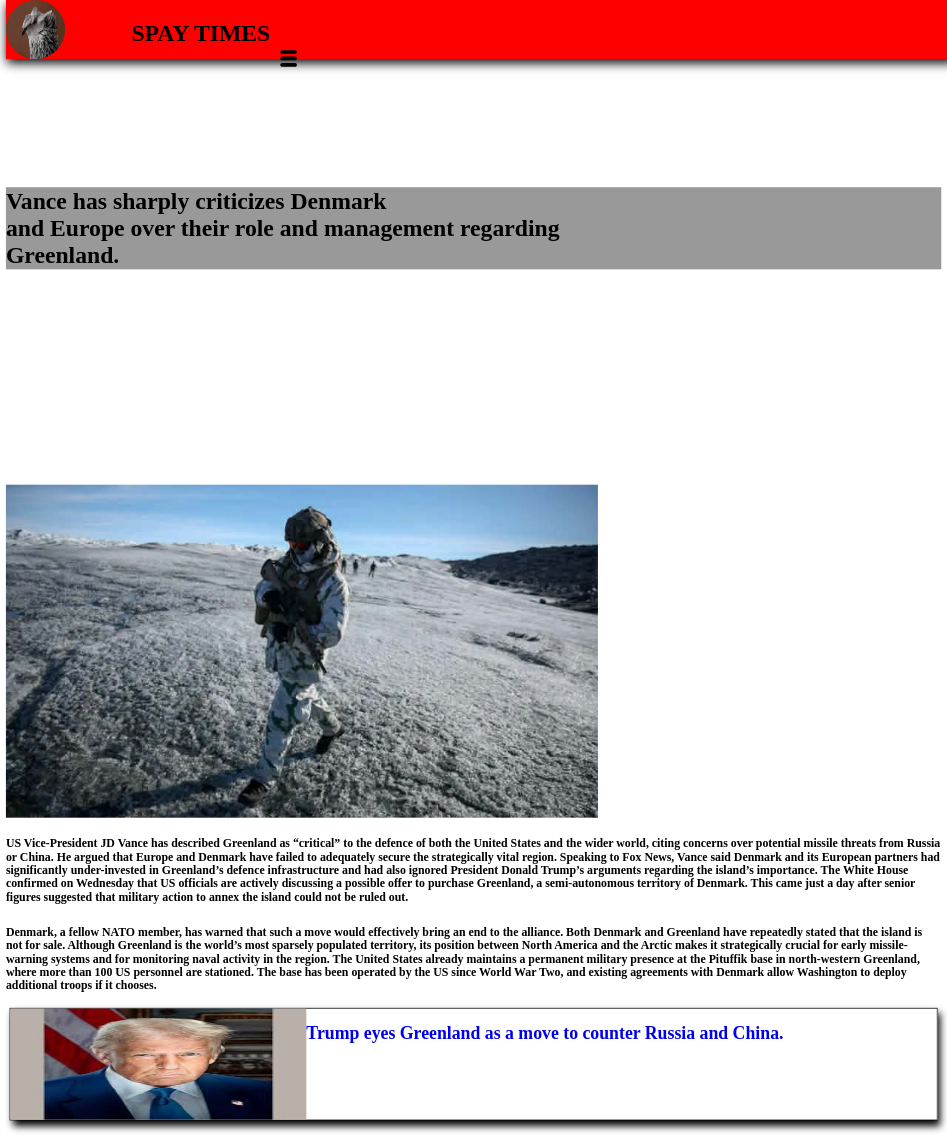
Repository: ridhukhan/spytimes
Page: /
The author's editor kept a copy of each file at every save. The page is drawn from the files as they stood at one save, then again after the next save.
The browser window is 1280 px wide. The pictures show the whole page, at 74% of full size.
The project was rebuilt for these pictures with package versions that can differ from the ones it lists, and the page was loaded fresh each time. Also part of the build but not shown: vite.config.js, src/components/policy/PrivecyPolicy.jsx, src/components/policy/Terms.jsx, src/components/trending/TrendingDetails.jsx, src/pages/heath/Dieabeties.jsx, src/pages/heath/Health.jsx, src/pages/heath/Allergy.jsx, src/pages/heath/WeightLose.jsx.

Above is the page before, as saved 2026-01-12 16:50:06.

### index.html
<!doctype html>
<html lang="en">
  <head>
    <meta charset="UTF-8" />
    <link rel="icon" type="image/svg+xml" href="/vite.svg" />
    <meta name="6a97888e-site-verification" content="945cf2ffcb6885b11db89e632c2e0750">

    <meta name="viewport" content="width=device-width, initial-scale=1.0" />
    <title>spytimes</title>
  </head>
  <body>

    <div id="root"></div>




  </body>
 </html>

### src/main.jsx
import { StrictMode } from 'react'
import {BrowserRouter} from "react-router-dom"

import { createRoot } from 'react-dom/client'
import './index.css'
import App from './App.jsx'
createRoot(document.getElementById('root')).render(

    <BrowserRouter>
    <App />
    </BrowserRouter>
 ,
)

### src/index.css
@media screen and (max-width:414px){
  *{
    width: 100%;
    padding:0;
margin: 0;
  }

  body{
width: 100%;
background-color: white;
color: black;
  }
}

### src/App.jsx
import { Route, Routes } from "react-router-dom"
import Navbar from "./nav/Navbar"
import Home from "./pages/home/Home"
import PrivecyPolicy from "./components/policy/PrivecyPolicy"
import Terms from "./components/policy/Terms"
import TrendingDetails from "./components/trending/TrendingDetails"
import Dieabeties from "./pages/heath/Dieabeties"
import Health from "./pages/heath/Health"
import Allergy from "./pages/heath/Allergy"
import WeightLose from "./pages/heath/WeightLose"
import PopupAd from "./ads/PopupAd"



function App() {

  return (
    <div>
      <PopupAd/>
   <Navbar/>
   <Routes>
    <Route path="/" element={<Home/>}/>
    <Route  path="/privecypolicy" element={<PrivecyPolicy/>}/>
    <Route  path="/Terms" element={<Terms/>}/>
    <Route  path="/Trendingdetails" element={<TrendingDetails/>}/>
    <Route path="/blood-sugar-natural-tips" element={<Dieabeties/>}/>
<Route path="/health" element={<Health/>}/>
<Route path="/allergy" element={<Allergy/>}/>
<Route path="/weightlose" element={<WeightLose/>}/>


   </Routes>
    </div>
  )
}

export default App

### src/nav/Navbar.jsx
import React from 'react'
import "./Navbar.css"
import { ImCross } from "react-icons/im";
import { TiThMenu } from "react-icons/ti";
import logo from "../assets/download.jpeg"
import { useState } from 'react';
import { Link} from 'react-router-dom';
const Navbar = () => {
    const [openmenu,setOpenmenu]=useState(false)
  return (
    <div style={{position:"fixed",backgroundColor:"red",display:"flex",
    width:"100%", height:"80px", top:"0", zIndex:"1000", boxShadow:"2px 5px 14px black"}}>
<img src={logo} alt="logo" style={{width:"80px", height:"80px", borderRadius:"100%"}}/>
<h1 style={{marginTop:"2%", marginLeft:"7%",}}>SPAY TIMES</h1>
<TiThMenu  onClick={()=>setOpenmenu(!openmenu)}  style={{width:"50px",height:"30px", marginTop:"5%", }}/>

   {openmenu? <div style={{display:"grid",position:"absolute",width:"90%",background:"black", height:"600px", zIndex:"999", marginTop:"10%", borderRadius:"19px", right:"0"}}>
<ImCross onClick={()=>setOpenmenu(null)} style={{ color:"red", left:"0", justifyContent:"flex-start", width:"50px", height:"30px"}}/>

  <ul>


    <Link to={"/"}><li>Home</li></Link>
    <li>USA</li>
    <li>UK</li>
    <li>ASIA</li>
    <Link to={"/health"}><li onClick={()=>setOpenmenu(null)}>Health</li></Link>
   <Link to={"/privecypolicy"}><li style={{color:"blue"}}>Privecy Policy</li></Link>
<Link to={"/Terms"}><li style={{color:"blue"}}>Terms &  condition</li></Link>

  </ul>










   </div>: null}
    </div>
  )
}


export default Navbar

### src/pages/home/Home.jsx
import React from 'react'
import home1 from "../../assets/home1.jpeg"
import Trending from '../../components/trending/Trending'
import TopAd from '../../ads/TopAd'
import MidAd from '../../ads/MidAd'
import BottomAd from '../../ads/BottomAd'
const Home = () => {
  return (
    <div style={{marginTop:"20%"}}>


        <h1 style={{backgroundColor:"#999"}}>Vance has sharply criticizes Denmark <br /> and Europe over their role and management regarding <br /> Greenland.</h1>
<TopAd/>
        <img src={home1} alt="home1" />

       <h4>
        US Vice-President JD Vance has described Greenland as “critical” to the defence of both the United States and the wider world, citing concerns over potential missile threats from Russia or China. He argued that Europe and Denmark have failed to adequately secure the strategically vital region.

Speaking to Fox News, Vance said Denmark and its European partners had significantly under-invested in Greenland’s defence infrastructure and had also ignored President Donald Trump’s arguments regarding the island’s importance.

The White House confirmed on Wednesday that US officials are actively discussing a possible offer to purchase Greenland, a semi-autonomous territory of Denmark. This came just a day after senior figures suggested that military action to annex the island could not be ruled out.
</h4><MidAd/><h4>
Denmark, a fellow NATO member, has warned that such a move would effectively bring an end to the alliance. Both Denmark and Greenland have repeatedly stated that the island is not for sale.

Although Greenland is the world’s most sparsely populated territory, its position between North America and the Arctic makes it strategically crucial for early missile-warning systems and for monitoring naval activity in the region.

The United States already maintains a permanent military presence at the Pituffik base in north-western Greenland, where more than 100 US personnel are stationed. The base has been operated by the US since World War Two, and existing agreements with Denmark allow Washington to deploy additional troops if it chooses.
       </h4>
<Trending/>

<BottomAd/>
    </div>
  )
}

export default Home

### src/ads/PopupAd.jsx
import { useEffect } from "react";

const PopupAd = () => {
  useEffect(() => {
    if (sessionStorage.getItem("popup_loaded")) return;
    sessionStorage.setItem("popup_loaded", "true");

    const loadAd = () => {
      try {
        window.atOptions = {
          key: "b98d336197bb10ad2755087bdef3a0b5",
          format: "iframe",
          height: 250,
          width: 300,
          params: {},
        };

        const s = document.createElement("script");
        s.src =
          "https://www.highperformanceformat.com/b98d336197bb10ad2755087bdef3a0b5/invoke.js";
        s.async = true;
        document.body.appendChild(s);
      } catch (error) {
        console.log("Popup ad blocked",error.message);
      }
    };

    const timer = setTimeout(loadAd, 8000); // 8 sec delay
    return () => clearTimeout(timer);
  }, []);

  return null;
};

export default PopupAd;

### src/nav/Navbar.css
ul li{
text-align: center;
    color: aliceblue;
    border-bottom: 2px solid white;
    font-size: 40px;
    list-style: none;
    cursor: pointer;

}
ul li:hover{
    background-color: brown;
}
a{
    text-decoration: none;
}

### src/components/trending/Trending.jsx
import React from 'react'
import { Link } from 'react-router-dom'
import donaldtrump from "../../assets/donaldtrump.jpeg"
const Trending = () => {
  return (
    <div style={{display:"flex", marginTop:"5%", border:"1px solid black", margin:"5px", boxShadow:"4px 7px 10px black"}}>

<img src={donaldtrump} alt="donaldtrump" style={{width:"400px", height:"150px"}}/>
<Link to={"/Trendingdetails"}><h2>Trump eyes Greenland as a move to counter Russia and China.</h2></Link>
    </div>
  )
}

export default Trending

### src/ads/TopAd.jsx
import { useEffect } from "react";

const TopAd = () => {
  useEffect(() => {
    const script = document.createElement("script");
    script.src = "https://pl2844xxxx.js"; // ad network script
    script.async = true;

    const container = document.getElementById("top-ad");
    if (container && container.children.length === 0) {
      container.appendChild(script);
    }
  }, []);

  return <div id="top-ad" style={{ minHeight: "250px", margin: "20px 0" }} />;
};

export default TopAd;

### src/ads/MidAd.jsx
import { useEffect } from "react";

const MidAd = () => {
  useEffect(() => {
    const s = document.createElement("script");
    s.src = "https://pl28446687.effectivegatecpm.com/db/73/91/db7391edcda54695481a78d6831c495e.js";
    s.async = true;
    document.body.appendChild(s);
  }, []);

  return <div style={{ margin: "30px 0", textAlign: "center" }} />;
};

export default MidAd;

### src/ads/BottomAd.jsx
import { useEffect } from "react";

const BottomAd = () => {
  useEffect(() => {
    const s = document.createElement("script");
    s.src = "https://pl28446684.effectivegatecpm.com/a6e44a23f0c48ab9d7bcb1f9bb309097/invoke.js";
    s.async = true;
    document.body.appendChild(s);
  }, []);

  return (
    <div
      id="container-a6e44a23f0c48ab9d7bcb1f9bb309097"
      style={{ margin: "30px 0", textAlign: "center" }}
    />
  );
};

export default BottomAd;

After the next save:
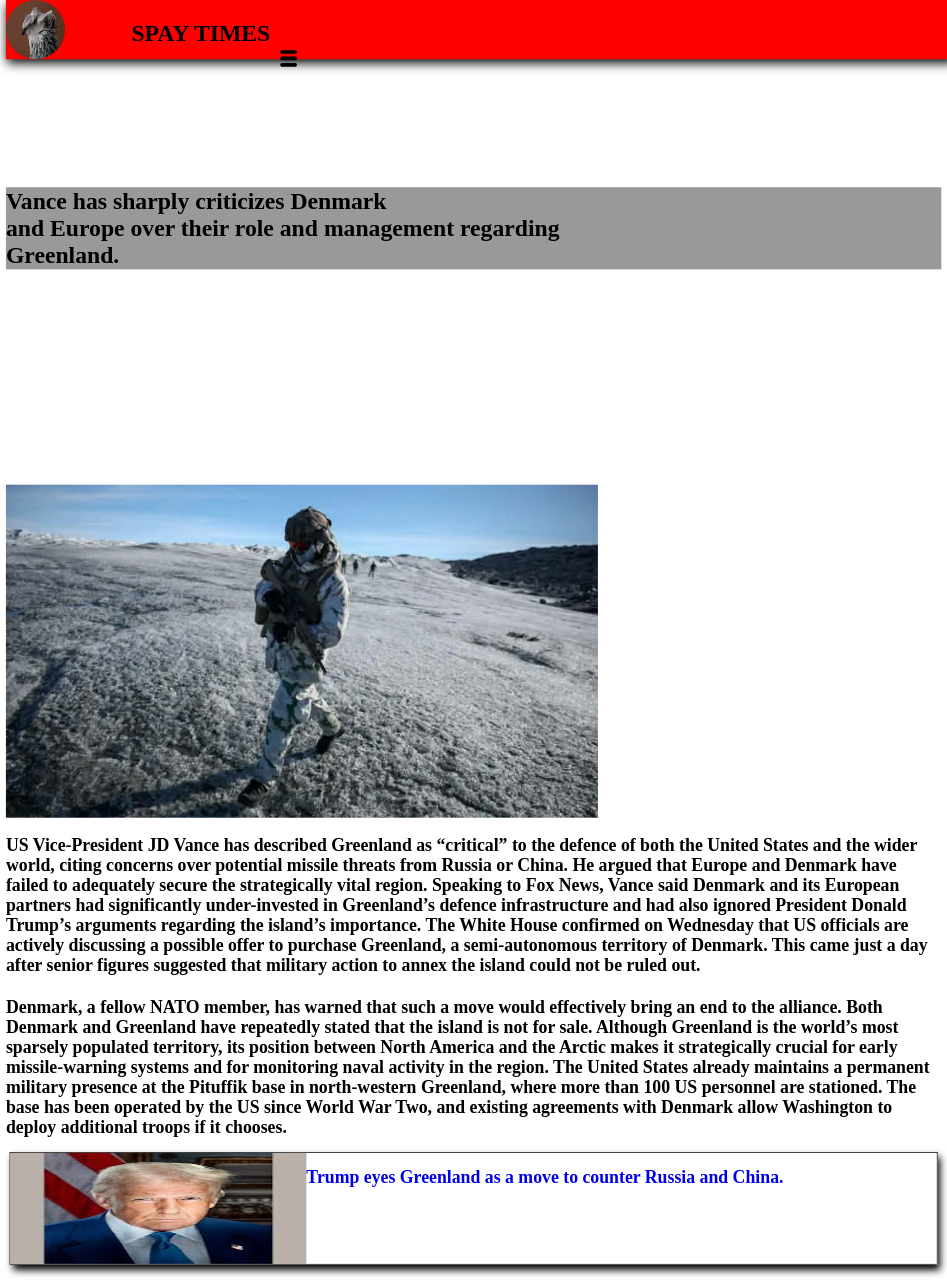
Saved 48 min 52 s later.
--- a/src/pages/home/Home.jsx
+++ b/src/pages/home/Home.jsx
@@ -13,19 +13,19 @@ const Home = () => {
 <TopAd/>
         <img src={home1} alt="home1" />
 
-       <h4>
+       <h2>
         US Vice-President JD Vance has described Greenland as “critical” to the defence of both the United States and the wider world, citing concerns over potential missile threats from Russia or China. He argued that Europe and Denmark have failed to adequately secure the strategically vital region.
 
 Speaking to Fox News, Vance said Denmark and its European partners had significantly under-invested in Greenland’s defence infrastructure and had also ignored President Donald Trump’s arguments regarding the island’s importance.
 
 The White House confirmed on Wednesday that US officials are actively discussing a possible offer to purchase Greenland, a semi-autonomous territory of Denmark. This came just a day after senior figures suggested that military action to annex the island could not be ruled out.
-</h4><MidAd/><h4>
+</h2><MidAd/><h2>
 Denmark, a fellow NATO member, has warned that such a move would effectively bring an end to the alliance. Both Denmark and Greenland have repeatedly stated that the island is not for sale.
 
 Although Greenland is the world’s most sparsely populated territory, its position between North America and the Arctic makes it strategically crucial for early missile-warning systems and for monitoring naval activity in the region.
 
 The United States already maintains a permanent military presence at the Pituffik base in north-western Greenland, where more than 100 US personnel are stationed. The base has been operated by the US since World War Two, and existing agreements with Denmark allow Washington to deploy additional troops if it chooses.
-       </h4>
+       </h2>
 <Trending/>
 
 <BottomAd/>
